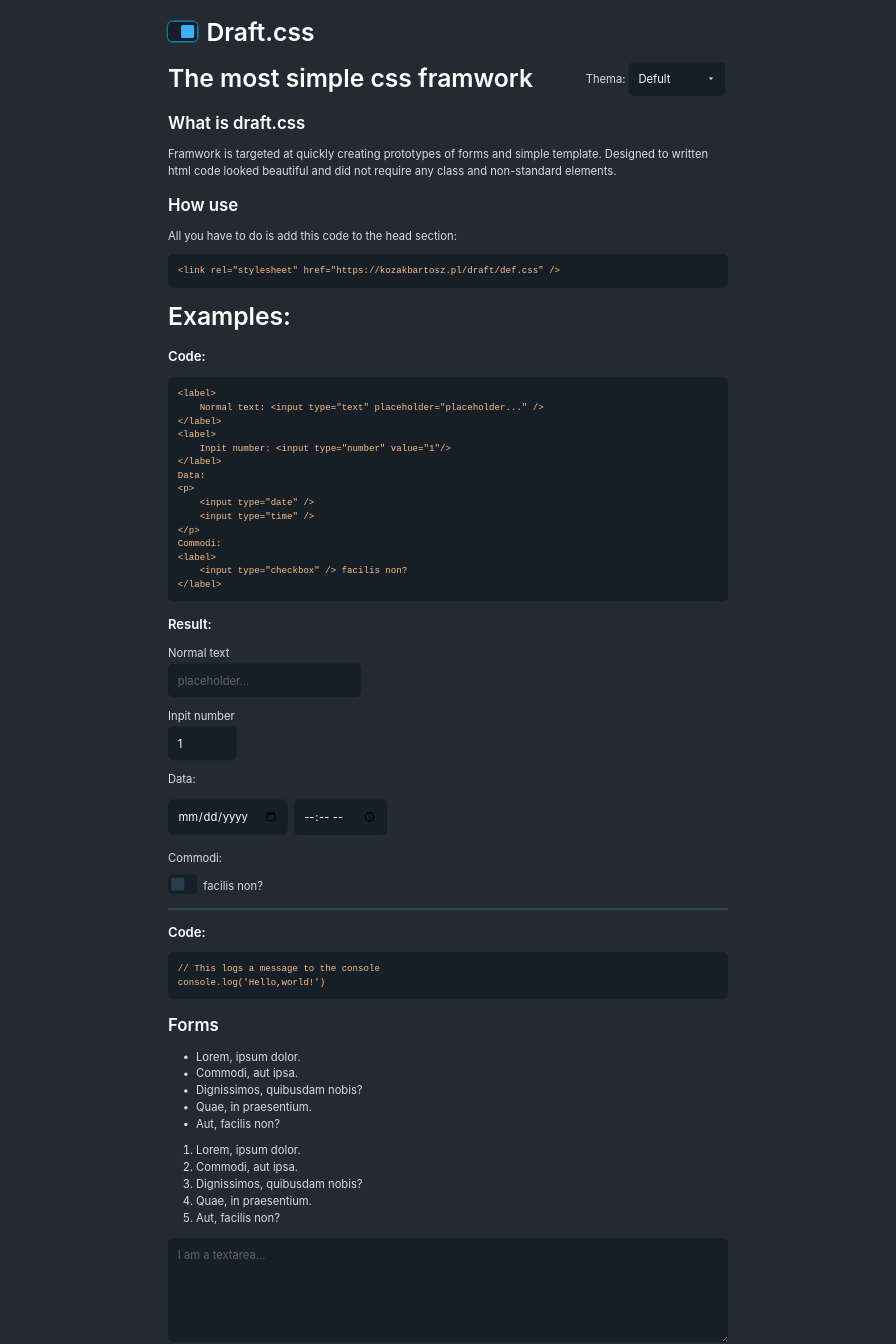
Repository: KozakBartosz/Draft
Page: index.html
An editor plug-in stored every save of this project. The page is shown before and after the next save, followed by the edit.
The browser window is 1280 px wide. The pictures show the part of the page from y = 0 to 1920 px (the page is 4778 px tall before and 4740 px after), at 70% of full size.

Above is the page before, as saved 2019-04-12 09:18:26.

### index.html
<!DOCTYPE html>
<html lang="en">
	<head>
		<meta charset="UTF-8" />
		<meta name="viewport" content="width=device-width, initial-scale=1.0" />
		<meta http-equiv="X-UA-Compatible" content="ie=edge" />
		<title>Draft.css</title>
		<link rel="stylesheet" href="draft.css" />
	</head>
	<body>
		<h1><input type="checkbox" checked="checked" /> Draft.css</h1>
		<div style="float: right">
			Thema:
			<select name="" id="changethema">
				<option value="0">Defult</option>
				<option value="1">Defult mini</option>
				<option value="2">Light</option>
				<option value="3">Blood</option>
				<option value="4">Matrix</option>
			</select>
		</div>
		<h1>The most simple css framwork</h1>
		<h2>What is draft.css</h2>
		<p>
			Framwork is targeted at quickly creating prototypes of forms and
			simple template. Designed to written html code looked beautiful and
			did not require any class and non-standard elements.
		</p>
		<h2>How use</h2>
		<p>All you have to do is add this code to the head section:</p>

		<pre><code>&lt;link rel="stylesheet" href="https://kozakbartosz.pl/draft/def.css" /&gt;</code></pre>

		<h1>Examples:</h1>

		<h3>Code:</h3>

		<pre><code>&lt;label&gt;<br />&nbsp; &nbsp; Normal text: &lt;input type="text" placeholder="placeholder..." /&gt;<br />&lt;/label&gt;<br />&lt;label&gt;<br />&nbsp; &nbsp; Inpit number: &lt;input type="number" value="1"/&gt;<br />&lt;/label&gt;<br />Data:<br />&lt;p&gt;<br />&nbsp; &nbsp; &lt;input type="date" /&gt;<br />&nbsp; &nbsp; &lt;input type="time" /&gt;<br />&lt;/p&gt;<br />Commodi:<br />&lt;label&gt;<br />&nbsp; &nbsp; &lt;input type="checkbox" /&gt; facilis non?<br />&lt;/label&gt;</code></pre>
		<h3>Result:</h3>
		<label>
			Normal text
			<input type="text" placeholder="placeholder..." />
		</label>
		<label>
			Inpit number
			<input type="number" value="1" />
		</label>
		Data:
		<p>
			<input type="date" />
			<input type="time" />
		</p>
		Commodi:
		<label> <input type="checkbox" /> facilis non? </label>

		<hr />

		<h3>Code:</h3>
		<pre><code>// This logs a message to the console<br />console.log('Hello,world!')</code></pre>

		<h2>Forms</h2>

		<ul>
			<li>Lorem, ipsum dolor.</li>
			<li>Commodi, aut ipsa.</li>
			<li>Dignissimos, quibusdam nobis?</li>
			<li>Quae, in praesentium.</li>
			<li>Aut, facilis non?</li>
		</ul>
		<ol>
			<li>Lorem, ipsum dolor.</li>
			<li>Commodi, aut ipsa.</li>
			<li>Dignissimos, quibusdam nobis?</li>
			<li>Quae, in praesentium.</li>
			<li>Aut, facilis non?</li>
		</ol>
		<textarea
			name="about"
			id="about"
			placeholder="I am a textarea..."
			rows="6"
		></textarea>
		<h2>Lorem ipsum dolor sit amet.</h2>
		<label>
			Normal text
			<input type="text" />
		</label>
		<label>
			Inpit number <input type="number" / value="1">
		</label>
		Data:
		<p>
			<input type="date" />
			<input type="time" />
		</p>
		<label>
			Nazwa:
			<select name="" id="">
				<option value="">Wybierz</option>
				<option value="">jeden</option>
				<option value="">dwa</option>
				<option value="">trzy</option>
			</select>
		</label>

		<table>
			<tr>
				<th>lorem</th>
				<th>lorem</th>
				<th>lorem</th>
			</tr>
			<tr>
				<td>lorem</td>
				<td>lorem</td>
				<td>lorem</td>
			</tr>
			<tr>
				<td>lorem</td>
				<td>lorem</td>
				<td>lorem</td>
			</tr>
		</table>

		<h3>Checkbox</h3>
		<label> <input type="checkbox" /> Ale ma kota </label>

		<label> <input type="checkbox" /> Ale ma kota2 </label>

		<label> <input type="checkbox" /> Ale ma kota3 </label>

		<h3>Radio</h3>
		<label> <input type="radio" name="radio" /> Ale ma kota </label>
		<label> <input type="radio" name="radio" /> Ale ma kota2 </label>
		<label> <input type="radio" name="radio" /> Ale ma kota3 </label>

		<hr />

		<h2>Search</h2>

		<fieldset class="search">
			<legend>Szukaj</legend>
			<form action="produkty,szukaj" method="get">
				<input
					type="text"
					name="q"
					placeholder="Wpisz czego szukasz..."
				/>
				<button>Szukaj</button>
			</form>
		</fieldset>

		<h2>Change button color by html</h2>

		<h2>Code</h2>
		<pre><code>&lt;button&gt;Exit&lt;/button&gt;<br>&lt;button style="--button: #7e1616; --buttonhover: #b40d0d;"&gt;
	Ok<br>&lt;/button&gt;</code></pre>

		<h3>result</h3>
		<button>Exit</button>
		<button style="--button: #7e1616; --buttonhover: #b40d0d;">
			Ok
		</button>

		<h2>Details</h2>

		<details>
			<summary>Szczypta detali</summary>
			<p>Informacje szczegółowe na dany temat.</p>
		</details>

		<details open>
			<summary>Jeszcze wiecej szczegółów</summary>
			<p>Tu jest jeszcze wiecej informacji szczegółowych</p>
		</details>

		<details>
			<summary>Jeszcze wiecej szczegółów</summary>
			<p>
				Lorem ipsum dolor sit amet consectetur adipisicing elit. Minima
				fugiat explicabo assumenda ducimus nobis aliquid esse, ad ab
				sapiente officiis repellat et, nisi atque itaque autem ut
				architecto tempore consequatur.
			</p>
		</details>

		<h2>Real Form</h2>

		<details>
			<summary>Jeszcze wiecej szczegółów</summary>
			<p>
				Lorem ipsum dolor sit amet consectetur adipisicing elit. Minima
				fugiat explicabo assumenda ducimus nobis aliquid esse, ad ab
				sapiente officiis repellat et, nisi atque itaque autem ut
				architecto tempore consequatur.
			</p>
		</details>

		<form>
			<label for="email">Email</label>
			<input
				type="email"
				name="email"
				id="email"
				placeholder="john.doe@gmail.com"
			/>

			<label for="id">User id (read only)</label>
			<input readonly="" name="id" id="id" value="04D6H89Z" />

			<label for="disabled">Random disabled input</label>
			<input
				disabled=""
				name="disabled"
				id="disabled"
				placeholder="Because why not?"
			/>

			<label for="about">About me</label>

			<input type="checkbox" name="remember" id="remember" checked="" />
			<label for="remember">Remember me</label>

			<input type="submit" />
		</form>

		<p>
			<strong>Lorem ipsum</strong> dolor sit,
			<a href="">amet consectetur adipisicing</a> elit.
			<i>Hic nobis</i> atque eligendi voluptatum doloribus rem praesentium
			veniam quo delectus explicabo, architecto ipsam ipsa unde vitae
			excepturi iusto nesciunt placeat ducimus.
		</p>
		<p>
			Lorem ipsum dolor sit amet consectetur adipisicing elit. Enim saepe
			quisquam delectus accusantium nam recusandae obcaecati ullam, non
			neque <a href="">commodi modi tempore </a>magni magnam. Tenetur
			officiis mollitia facere libero sint.
		</p>
		<h4>Lorem ipsum dolor sit amet.</h4>
		<p>
			Lorem ipsum dolor, sit amet consectetur adipisicing elit. Possimus,
			vero quibusdam. Rerum libero nihil aspernatur, ipsam vel voluptatem
			inventore quasi. Odit, sapiente? Delectus beatae laudantium sapiente
			cupiditate et libero? Corrupti.
		</p>

		<button>Send</button>
		<script>
			var themes = [
				[
					{ brand: "#41adff" },
					{ mainbg: "#232a31" },
					{ mainpaddng: "14px" },
					{ radius: "7px" },

					{ low: "#161f27" },
					{ like: "#2b3c4b" },
					{ midi: "#324759" },
					{ hight: "#0b7392" },

					{ text: "#dbdbdb" },
					{ textContrast: "#fff" },

					{ code: "#ffbe85" },

					{ button: "#2b3c4a" },
					{ buttonhover: "#334a5e" },
					{ buttontext: "#fff" },

					{ fillhover: "#1b2731" }
				],
				[
					{ brand: "#41adff" },
					{ mainbg: "#232a31" },
					{ mainpaddng: "12px" },
					{ radius: "12px" },

					{ low: "#161f27" },
					{ like: "#2b3c4b" },
					{ midi: "#324759" },
					{ hight: "#0b7392" },

					{ text: "#dbdbdb" },
					{ textContrast: "#fff" },

					{ code: "#ffbe85" },

					{ button: "#2b3c4a" },
					{ buttonhover: "#334a5e" },
					{ buttontext: "#fff" },

					{ fillhover: "#1b2731" }
				],
				[
					{ brand: "#41adff" },
					{ mainbg: "#ffffff" },
					{ mainpaddng: "14px" },
					{ radius: "7px" },

					{ low: "#e8f1fa" },
					{ like: "#cfe2f7" },
					{ midi: "#b2cee7" },
					{ hight: "#1db5e4" },

					{ text: "#3f4646" },
					{ textContrast: "#1a1f1f" },

					{ code: "#20595f" },

					{ button: "#3dcca1" },
					{ buttonhover: "#34e0ad" },
					{ buttontext: "#fff" },

					{ fillhover: "#e8f5ff" }
				],
				[
					{ mainpaddng: "18px" },
					{ radius: "3px" },
					{ brand: "#c21a1a" },
					{ mainbg: "#312323" },

					{ code: "#ffbe85" },

					{ text: "#dbdbdb" },
					{ textContrast: "#fff" },

					{ button: "#4a2b2b" },
					{ buttonhover: "#5e3333" },
					{ buttontext: "#fff" },

					{ fillhover: "#311b1b" },

					{ low: "#271616" },
					{ like: "#4b2b2b" },
					{ midi: "#593232" },
					{ hight: "#800f0f" }
				],
				[
					{ mainpaddng: "11px" },
					{ radius: "13px" },
					{ brand: "#1ac260" },
					{ mainbg: "#233126" },

					{ code: "#c0ff85" },

					{ text: "#dbdbdb" },
					{ textContrast: "#fff" },

					{ button: "#324a2b" },
					{ buttonhover: "#385e33" },
					{ buttontext: "#fff" },

					{ fillhover: "#1b3122" },

					{ low: "#162717" },
					{ like: "#2b4b2e" },
					{ midi: "#32593f" },
					{ hight: "#0f803a" }
				]
			];

			let changethema = document.getElementById("changethema");
			let root = document.documentElement;
			changethema.addEventListener("change", e => {
				console.log(e);
				var theme = themes[e.target.value];
				theme.forEach(element => {
					var k = Object.keys(element)[0];
					root.style.setProperty("--" + k, element[k]);
				});
			});
		</script>
	</body>
</html>

### draft.css
/* TO DO */
/* <details> */
:root {
	--brand: #41adff;
	--mainbg: #232a31;
	--mainpaddng: 14px;
	--radius: 7px;

	--low: #161f27;
	--like: #2b3c4b;
	--midi: #324759;
	--hight: #0b7392;

	--text: #dbdbdb;
	--textContrast: #fff;

	--code: #ffbe85;

	--button: #2b3c4a;
	--buttonhover: #334a5e;
	--buttontext: #fff;

	--fillhover: #1b2731;
}
/*
:root {
	--brand: #41adff;
	--mainbg: #ffffff;
	--mainpaddng: 14px;
	--radius: 7px;

	--low: #e8f1fa;
	--like: #cfe2f7;
	--midi: #b2cee7;
	--hight: #1db5e4;

	--text: #3f4646;
	--textContrast: #1a1f1f;

	--code: #20595f;

	--button: #3dcca1;
	--buttonhover: #34e0ad;
	--buttontext: #fff;

	--fillhover: #e8f5ff;
} */

/* :root {
	--mainpaddng: 18px;
	--radius: 3px;
	--brand: #c21a1a;
	--mainbg: #312323;

	--code: #ffbe85;

	--text: #dbdbdb;
	--textContrast: #fff;

	--button: #4a2b2b;
	--buttonhover: #5e3333;
	--buttontext: #fff;

	--fillhover: #311b1b;

	--low: #271616;
	--like: #4b2b2b;
	--midi: #593232;
	--hight: #800f0f;
} */

/* :root {
	--mainpaddng: 11px;
	--radius: 13px;
	--brand: #1ac260;
	--mainbg: #233126;

	--code: #c0ff85;

	--text: #dbdbdb;
	--textContrast: #fff;

	--button: #324a2b;
	--buttonhover: #385e33;
	--buttontext: #fff;

	--fillhover: #1b3122;

	--low: #162717;
	--like: #2b4b2e;
	--midi: #32593f;
	--hight: #0f803a;
} */
body {
	font-family: -apple-system, BlinkMacSystemFont, "Segoe UI", "Roboto",
		"Oxygen", "Ubuntu", "Cantarell", "Fira Sans", "Droid Sans",
		"Helvetica Neue", sans-serif;
	line-height: 1.5;
	max-width: 800px;
	margin: 20px auto;
	padding: 0 var(--mainpaddng);
	color: var(--text);
	background: var(--mainbg);
	text-rendering: optimizeLegibility;
}

label {
	display: block;
}
a,
a:active,
button,
button:active,
input,
input:active,
textarea,
details,
summary,
th,
td {
	outline: none;
	box-shadow: none;
	transition: background-color 0.2s ease, box-shadow 0.2s ease,
		transform 0.2s ease;
}
h1 {
	font-size: 2.2em;
	margin-top: 0;
}
h1,
h2,
h3,
h4,
h5,
h6 {
	margin-bottom: 12px;
}
h1,
h2,
h3,
h4,
h5,
h6,
strong {
	color: var(--textContrast);
	font-weight: 600;
}
button,
input[type="submit"],
input[type="button"],
input[type="checkbox"],
input[type="radio"] {
	cursor: pointer;
	display: inline-block;
}

input,
select,
button,
textarea {
	/* display: block; */
	color: var(--textContrast);
	background-color: var(--low);
	font-family: inherit;
	font-size: inherit;
	margin: 4px 4px 6px 0;
	padding: var(--mainpaddng);
	border: none;
	border-radius: var(--radius);
	outline: none;
	-webkit-appearance: none;
	vertical-align: middle;
}
input[type="number"] {
	max-width: calc(var(--mainpaddng) * 5);
}

button:hover,
input:hover,
select:hover,
textarea:hover,
textarea:hover {
	background-color: var(--fillhover);
}

label > input,
label > select {
	display: block;
}

textarea {
	margin-right: 0;
	width: 100%;
	box-sizing: border-box;
	resize: vertical;
}
button,
input[type="submit"],
input[type="button"] {
	color: var(--buttontext);
	background-color: var(--button);
	padding: var(--mainpaddng) calc(var(--mainpaddng) * 2);
}

select {
	padding-right: calc(var(--mainpaddng) * 3);
	background: var(--low)
		url("data:[embedded picture, 198 characters]")
		100% 50%/27px 7px no-repeat;
}

input:focus,
select:focus,
button:focus,
textarea:focus {
	background-color: var(--fillhover);
	box-shadow: 0 0 0 2px var(--hight);
}

button:focus,
input[type="submit"]:focus,
input[type="button"]:focus {
	background-color: var(--buttonhover);
}

button:hover,
input[type="submit"]:hover,
input[type="button"]:hover {
	background-color: var(--buttonhover);
	box-shadow: 0 5px 20px -5px rgba(0, 0, 0, 0.35), 0 3px 0 0 var(--button);
	transform: translateY(-3px);
}
button:active {
	transform: translateY(0px);
	box-shadow: 0 5px 20px -5px rgba(0, 0, 0, 0.35);
}

input:disabled {
	cursor: not-allowed;
	opacity: 0.5;
}

input[type="radio"],
input[type="checkbox"] {
	margin-top: -2px;
	transition: background-color 0.25s ease,
		box-shadow 0.25s cubic-bezier(0.53, 1.59, 0.51, 1);
}
input[type="checkbox"] {
	background-color: var(--like);
	width: calc(var(--mainpaddng) * 3);
	box-shadow: calc(var(--mainpaddng) * -1) 0 0 calc(var(--mainpaddng) / 3)
			var(--low) inset,
		0 0 0 calc(var(--mainpaddng) / 3) var(--low) inset;
}
input[type="checkbox"]:hover,
input[type="radio"]:hover {
	background-color: var(--midi);
}
input[type="checkbox"]:focus {
	box-shadow: calc(var(--mainpaddng) * -1) 0 0 calc(var(--mainpaddng) / 3)
			var(--low) inset,
		0 0 0 calc(var(--mainpaddng) / 3) var(--low) inset,
		0 0 0 2px var(--hight);
}

input[type="radio"] {
	border-radius: 100%;
	box-shadow: 0 0 0 calc(var(--mainpaddng) / 2) var(--low) inset;
}
input[type="checkbox"]:checked,
input[type="radio"]:checked {
	box-shadow: 0 0 0 calc(var(--mainpaddng) / 3) var(--low) inset,
		0 0 0 2px var(--hight), 0 0 0 1px var(--low);
	background-color: var(--brand);
}

input[type="checkbox"]:checked {
	box-shadow: var(--mainpaddng) 0 0 calc(var(--mainpaddng) / 3) var(--low)
			inset,
		0 0 0 calc(var(--mainpaddng) / 3) var(--low) inset,
		0 0 0 2px var(--hight);
}

::placeholder {
	color: #636363;
}
a {
	text-decoration: none;
	color: var(--hight);
}
a:hover {
	text-decoration: underline;
	color: var(--brand);
}
ul,
ol,
label,
code,
p {
	margin: var(--mainpaddng) 0;
}

code,
kbd {
	background: var(--low);
	color: var(--code);
	padding: var(--mainpaddng);
	border-radius: var(--radius);
}
/* pre {
	margin: 0 calc(var(--mainpaddng) * -1);
} */
pre > code {
	display: block;
	overflow-x: auto;
}
img {
	max-width: 100%;
}
hr {
	margin: var(--mainpaddng) 0;
	border: none;
	height: 3px;
	border-radius: calc(var(--radius) / 6);
	background: var(--midi);
}
fieldset {
	border: 3px solid var(--midi);
	border-radius: var(--radius);
}
fieldset > legend {
	font-weight: 600;
	color: var(--textContrast);
	padding: calc(var(--mainpaddng) / 2) calc(var(--mainpaddng));
}

details {
	padding: var(--mainpaddng);
	border-radius: var(--radius);
	padding-bottom: calc(var(--mainpaddng) + var(--radius));
	background: var(--low);
}

details:last-of-type {
	padding-bottom: var(--mainpaddng);
}

details + details {
	margin-top: calc(var(--radius) * -1);
	border-top: 1px solid var(--mainbg);
	border-radius: 0 0 var(--radius) var(--radius);
}

details[open],
details:hover:not([open]) {
	background: var(--like);
	z-index: 1;
}
details summary {
	cursor: pointer;
	margin: calc(var(--mainpaddng) * -1);
	padding: var(--mainpaddng);
}

table {
	/* border-collapse: collapse; */
	margin: var(--mainpaddng) -1px;
	border-radius: calc(var(--radius) + 2px);
	width: calc(100% + 2px);
	overflow: hidden;
	border-spacing: 1px;
}
td,
th {
	padding: var(--mainpaddng);
	background: var(--low);
}
th {
	color: var(--textContrast);
}
tr:hover td,
tr:hover th {
	background-color: var(--fillhover);
}

After the next save:
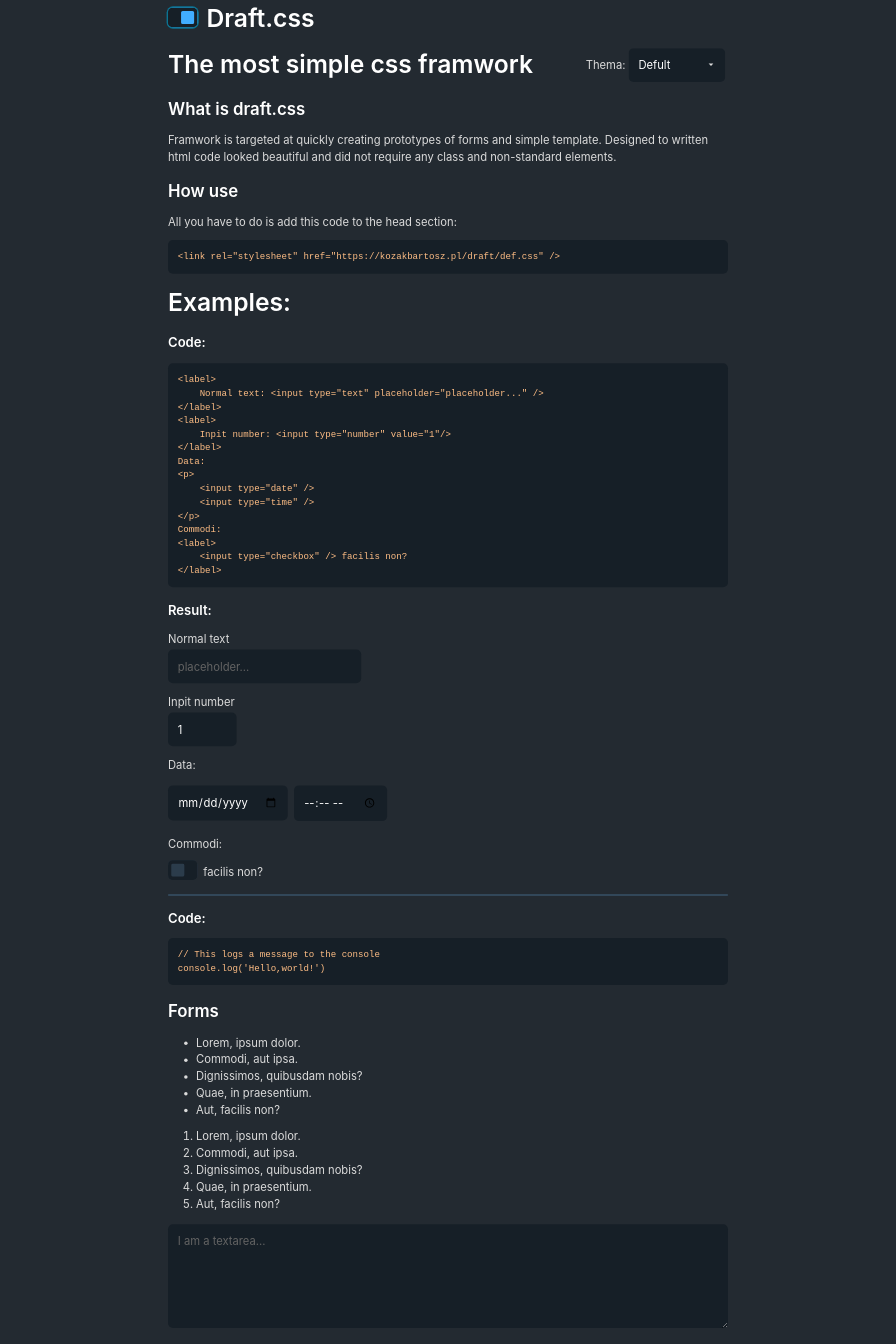
Saved 3 h 59 min later.
--- a/draft.css
+++ b/draft.css
@@ -21,6 +21,8 @@
 	--buttontext: #fff;
 
 	--fillhover: #1b2731;
+
+	--sticky: 0px;
 }
 /*
 :root {
@@ -97,7 +99,7 @@ body {
 		"Helvetica Neue", sans-serif;
 	line-height: 1.5;
 	max-width: 800px;
-	margin: 20px auto;
+	margin: 0px auto;
 	padding: 0 var(--mainpaddng);
 	color: var(--text);
 	background: var(--mainbg);
@@ -202,12 +204,18 @@ input[type="button"] {
 	padding: var(--mainpaddng) calc(var(--mainpaddng) * 2);
 }
 
-select {
+select:not([multiple]) {
 	padding-right: calc(var(--mainpaddng) * 3);
 	background: var(--low)
 		url("data:[embedded picture, 198 characters]")
 		100% 50%/27px 7px no-repeat;
 }
+
+/* input:not([value=""]):invalid,
+select:not([value=""]):invalid,
+textarea:not([value=""]):invalid {
+	box-shadow: 0 0 0 2px darkred;
+} */
 
 input:focus,
 select:focus,
@@ -230,7 +238,9 @@ input[type="button"]:hover {
 	box-shadow: 0 5px 20px -5px rgba(0, 0, 0, 0.35), 0 3px 0 0 var(--button);
 	transform: translateY(-3px);
 }
-button:active {
+button:active,
+input[type="submit"]:active,
+input[type="button"]:active {
 	transform: translateY(0px);
 	box-shadow: 0 5px 20px -5px rgba(0, 0, 0, 0.35);
 }
@@ -293,6 +303,19 @@ a:hover {
 	text-decoration: underline;
 	color: var(--brand);
 }
+
+mark {
+	background: linear-gradient(var(--brand), var(--brand)) 50% 100%/100% 40%
+		no-repeat;
+	background: var(--midi);
+	padding: 3px;
+	margin: -3px;
+	/* text-shadow: 1px 1px 1px var(--mainbg), -1px 1px 1px var(--mainbg),
+		0px 1px 1px var(--mainbg); */
+	color: var(--textContrast);
+	border-radius: var(--radius);
+}
+
 ul,
 ol,
 label,
@@ -305,7 +328,7 @@ code,
 kbd {
 	background: var(--low);
 	color: var(--code);
-	padding: var(--mainpaddng);
+	padding: 4px;
 	border-radius: var(--radius);
 }
 /* pre {
@@ -314,6 +337,7 @@ kbd {
 pre > code {
 	display: block;
 	overflow-x: auto;
+	padding: var(--mainpaddng);
 }
 img {
 	max-width: 100%;
@@ -364,12 +388,41 @@ details summary {
 }
 
 table {
+	/* display: block; */
+	/* overflow-x: auto; */
 	/* border-collapse: collapse; */
 	margin: var(--mainpaddng) -1px;
+	width: calc(100% + 2px);
+	border-spacing: 1px;
+	position: relative;
+}
+tbody,
+tfoot,
+thead {
 	border-radius: calc(var(--radius) + 2px);
+	overflow: hidden;
+	background: var(--mainbg);
+	table-layout: fixed;
+	position: relative;
+	z-index: 0;
+	display: table;
 	width: calc(100% + 2px);
-	overflow: hidden;
-	border-spacing: 1px;
+}
+
+header,
+thead {
+	background: var(--mainbg);
+	position: sticky;
+	top: var(--sticky);
+	z-index: 5;
+	box-shadow: 0px 12px 15px -15px rgba(0, 0, 0, 0.35);
+}
+header {
+	z-index: 10;
+	top: 0px;
+	display: block;
+	padding: var(--mainpaddng);
+	margin: 0 calc(var(--mainpaddng) * -1) var(--mainpaddng);
 }
 td,
 th {
@@ -379,7 +432,6 @@ th {
 th {
 	color: var(--textContrast);
 }
-tr:hover td,
-tr:hover th {
+tr:hover td {
 	background-color: var(--fillhover);
 }
